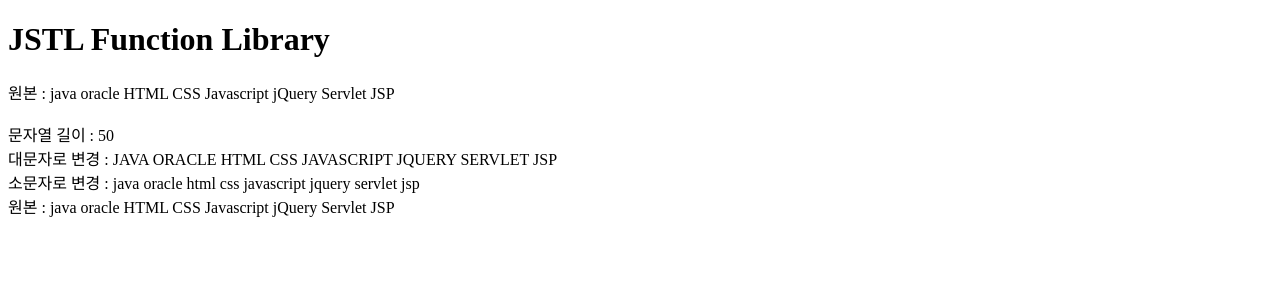
Repository: Parknogyung/Backend
Page: http://localhost/03_EL_JSTL/views/actiontag/jstl/function.jsp
An editor plug-in stored every save of this project. The page is shown before and after the next save, followed by the edit.
The browser window is 1280 px wide. The pictures show the whole page.
The page is served by Tomcat 9.

Above is the page before, as saved 2022-07-14 01:50:26.

After the next save:
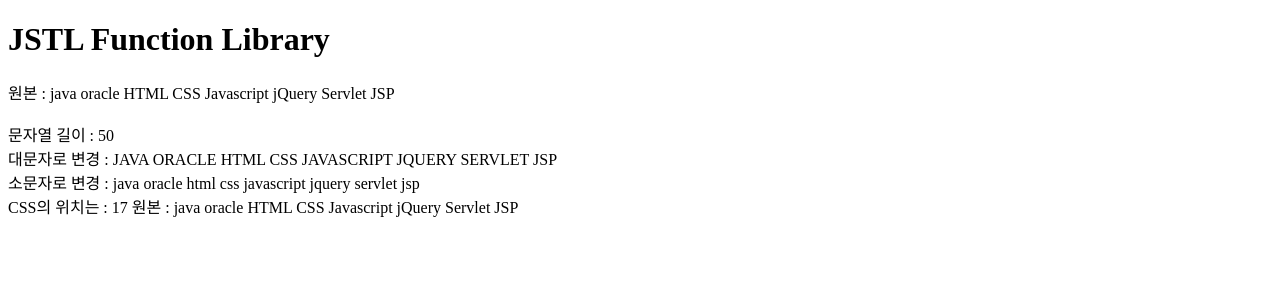
Saved 50 s later.
--- a/03_EL_JSTL/src/main/webapp/views/actiontag/jstl/function.jsp
+++ b/03_EL_JSTL/src/main/webapp/views/actiontag/jstl/function.jsp
@@ -19,6 +19,7 @@
 	문자열 길이 : ${fn:length(str) } <br>
 	대문자로 변경 : ${fn:toUpperCase(str) } <br>
 	소문자로 변경 : ${fn:toLowerCase(str) } <br>
+	CSS의 위치는 : ${fn:indexOf(str, "CSS") }
 
 	원본 : ${str } <br> <br>
 </body>
